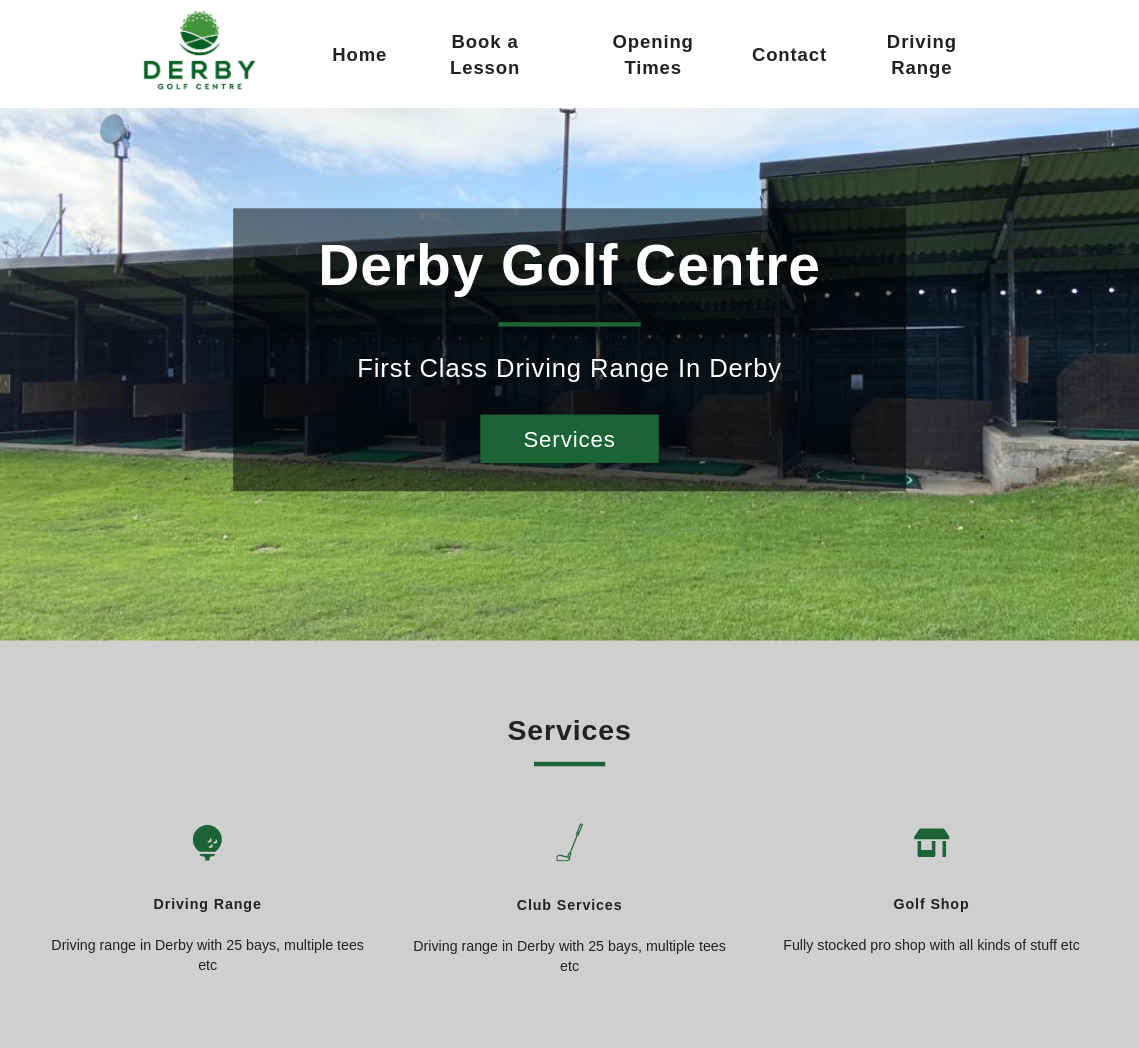
Repository: frankinstyyn/nigeljamesconsulting
Page: /
An editor plug-in stored every save of this project. The page is shown before and after the next save, followed by the edit.
The browser window is 1280 px wide. The pictures show the whole page, at 89% of full size.
Some web fonts or font styles are not loaded; a fallback is used. The project was rebuilt for these pictures with package versions that can differ from the ones it lists, and the page was loaded fresh each time. Also part of the build but not shown: src/pages/Lesson.js, src/pages/SingleRoom.js, src/pages/Error.js.

Above is the page before, as saved 2021-01-08 17:57:50.

### public/index.html
<!DOCTYPE html>
<html lang="en">
  <head>
    <meta charset="utf-8" />
    <link rel="icon" href="%PUBLIC_URL%/favicon.ico" />
    <meta name="viewport" content="width=device-width, initial-scale=1" />
    <meta name="theme-color" content="#000000" />
    <meta
      name="description"
      content="Web site created using create-react-app"
    />
    <link rel="apple-touch-icon" href="%PUBLIC_URL%/logo192.png" />
    <!--
      manifest.json provides metadata used when your web app is installed on a
      user's mobile device or desktop. See https://developers.google.com/web/fundamentals/web-app-manifest/
    -->
    <link rel="manifest" href="%PUBLIC_URL%/manifest.json" />
    <!--
      Notice the use of %PUBLIC_URL% in the tags above.
      It will be replaced with the URL of the `public` folder during the build.
      Only files inside the `public` folder can be referenced from the HTML.

      Unlike "/favicon.ico" or "favicon.ico", "%PUBLIC_URL%/favicon.ico" will
      work correctly both with client-side routing and a non-root public URL.
      Learn how to configure a non-root public URL by running `npm run build`.
    -->
    <title>Derby Golf Centre</title>
  </head>
  <body>
    <noscript>You need to enable JavaScript to run this app.</noscript>
    <div id="root"></div>
    <!--
      This HTML file is a template.
      If you open it directly in the browser, you will see an empty page.

      You can add webfonts, meta tags, or analytics to this file.
      The build step will place the bundled scripts into the <body> tag.

      To begin the development, run `npm start` or `yarn start`.
      To create a production bundle, use `npm run build` or `yarn build`.
    -->
  </body>
</html>

### src/index.js
import React from "react";
import ReactDOM from "react-dom";
import "./index.css";
import { BrowserRouter as Router } from "react-router-dom";
import App from "./App";
import reportWebVitals from "./reportWebVitals";

ReactDOM.render(
  <Router>
    <App />
  </Router>,
  document.getElementById("root")
);

// If you want to start measuring performance in your app, pass a function
// to log results (for example: reportWebVitals(console.log))
// or send to an analytics endpoint. Learn more: https://bit.ly/CRA-vitals
reportWebVitals();

### src/index.css
@import url("https://fonts.googleapis.com/css2?family=Darker+Grotesque:wght@300;800&display=swap");

body {
  margin: 0;
  font-family: -apple-system, BlinkMacSystemFont, "Segoe UI", "Roboto", "Oxygen",
    "Ubuntu", "Cantarell", "Fira Sans", "Droid Sans", "Helvetica Neue",
    sans-serif;
  -webkit-font-smoothing: antialiased;
  -moz-osx-font-smoothing: grayscale;
}

code {
  font-family: source-code-pro, Menlo, Monaco, Consolas, "Courier New",
    monospace;
}

### src/App.js
import "./App.css";
import Home from "./pages/Home";
import Lesson from "./pages/Lesson";
import SingleRoom from "./pages/SingleRoom";
import Error from "./pages/Error";

import { Route, Switch } from "react-router-dom";

import Navbar from "./components/Navbar";

function App() {
  return (
    <>
      <Navbar />
      <Switch>
        <Route exact path="/" component={Home} />
        <Route exact path="/lesson" component={Lesson} />
        <Route exact path="/lesson/:slug" component={SingleRoom} />
        <Route component={Error} />
      </Switch>
    </>
  );
}

export default App;

### src/App.css
* {
  margin: 0;
  padding: 0;
  box-sizing: border-box;
  font-family: "Darker Grotesque", sans-serif;
}
:root {
  --primaryColor: #1c6435;
  --mainWhite: #fff;
  --offWhite: #f7f7f7;
  --mainBlack: #222;
  --mainGrey: #ececec;
  --darkGrey: #cfcfcf;
  --mainTransition: all 0.3s linear;
  --mainSpacing: 1px;
  --lightShadow: 2px 5px 3px 0px rgba(0, 0, 0, 0.5);
  --darkShadow: 4px 10px 5px 0px rgba(0, 0, 0, 0.5);
}
/* globals */
body {
  padding-top: 66px;
  color: var(--mainBlack);
  background: var(--mainWhite);
  font-family: Verdana, Geneva, Tahoma, sans-serif;
  line-height: 1.4;
}
h1 {
  font-size: 3em;
  line-height: 1;
  margin-bottom: 0.5em;
}
h2 {
  font-size: 2em;
  margin-bottom: 0.75em;
}
h3 {
  font-size: 1.5em;
  line-height: 1;
  margin-bottom: 1em;
}
h4 {
  font-size: 1.2em;
  line-height: 1.25;
  margin-bottom: 1.25em;
}
h5 {
  font-size: 1em;
  font-weight: bold;
  margin-bottom: 1.5em;
}
h6 {
  font-size: 1em;
  font-weight: bold;
  margin-bottom: 1.5em;
}

.btn-primary {
  display: inline-block;
  text-decoration: none;
  letter-spacing: var(--mainSpacing);
  color: var(--mainWhite);
  background: var(--primaryColor);
  padding: 0.4rem 0.9rem;
  border: 3px solid var(--primaryColor);
  transition: var(--mainTransition);
  /* text-transform: uppercase; */
  cursor: pointer;
  width: 200px;
  font-size: 25px;
}
.btn-primary:hover {
  background: transparent;
  color: var(--primaryColor);
}
.loading {
  text-transform: capitalize;
  text-align: center;
  margin-top: 3rem;
}
.error {
  text-align: center;
  text-transform: uppercase;
  margin: 2rem 0;
}
.empty-search {
  text-align: center;
  text-transform: capitalize;
  margin: 2rem 0;
  padding: 1rem;
  letter-spacing: var(--mainSpacing);
}
/* end of globals */
/* Navbar */
.logo {
  height: 91px;
}
.navbar {
  position: fixed;
  top: 0;
  left: 0;
  width: 100%;
  padding: 0.75rem 2rem;
  background: var(--mainWhite);
  z-index: 1;
  display: inline-block;
  vertical-align: middle;
  text-align: center;
}
.nav-header {
  display: flex;
  justify-content: space-between;
}
.nav-btn {
  background: transparent;
  border: none;
  cursor: pointer;
  outline: none;
  color: red;
}
.nav-icon {
  font-size: 1.5rem;
  color: var(--primaryColor);
}
.nav-links {
  height: 0;
  overflow: hidden;
  transition: var(--mainTransition);
  list-style-type: none;
  align-items: center;
}
.nav-links a {
  display: block;
  text-decoration: none;
  padding: 1rem;
  color: var(--mainBlack);
  transition: var(--mainTransition);
  text-align: center;
  font-size: 1.3rem;
  font-weight: 600;
  letter-spacing: var(--mainSpacing);
}
.nav-links a:hover {
  color: var(--mainWhite);
  background: var(--primaryColor);
}

.show-nav {
  height: 310px;
}
@media screen and (min-width: 1028px) {
  .nav-btn {
    display: none;
  }
  .nav-center {
    max-width: 1170px;
    margin: 0 10%;
    display: flex;
  }
  .nav-links {
    height: auto;
    display: flex;
    margin-left: 4rem;
  }
  .nav-links a {
    /* margin: 0 1rem; */
    padding: 1rem;
  }
}
/* end of navbar */
/* Hero */
.defaultHero,
.lessonHero {
  min-height: calc(100vh - 66px);
  background: url("./images/defaultBcg.jpeg") center/cover no-repeat;
  display: flex;
  align-items: center;
  justify-content: center;
}
.lessonHero {
  background-image: url("./images/room-2.jpeg");
  /* min-height: 60vh; */
}
/* End of Hero */
/* Banner */
.banner {
  display: inline-block;
  background: rgba(0, 0, 0, 0.5);
  color: var(--mainWhite);
  padding: 2rem 1rem;
  text-align: center;
  text-transform: capitalize;
  letter-spacing: var(--mainSpacing);
}
.banner h1 {
  font-size: 2.5rem;
}
.banner div {
  width: 10rem;
  height: 5px;
  background: var(--primaryColor);
  margin: 1.7rem auto;
}
.banner p {
  font-size: 1.8rem;
  margin-bottom: 2rem;
}
@media screen and (min-width: 576px) {
  .banner {
    padding: 2rem 3rem;
  }
  .banner h1 {
    font-size: 3rem;
  }
}
@media screen and (min-width: 992px) {
  .banner {
    padding: 2rem 6rem;
  }
  .banner h1 {
    font-size: 4rem;
  }
}
/* End of Banner */
/* Title */
.section-title {
  text-align: center;
  margin-bottom: 4rem;
}
.section-title h4 {
  font-size: 2rem;
  letter-spacing: var(--mainSpacing);
  text-transform: capitalize;
  margin-bottom: 1rem;
}
.section-title div {
  width: 5rem;
  height: 5px;
  margin: 0 auto;
  background: var(--primaryColor);
}
/* end of Title */

/* services */
.services {
  padding: 5rem 0;
}
.services {
  background: var(--darkGrey);
  text-align: center;
}
.services-center {
  width: 90vw;
  margin: 0 auto;
  display: grid;
  grid-template-columns: repeat(auto-fit, minmax(255px, 1fr));
  grid-row-gap: 2rem;
  grid-column-gap: 50px;
}
.service span {
  display: inline-block;
  color: var(--primaryColor);
  font-size: 2.5rem;
  margin-bottom: 1.5rem;
}
.services h6 {
  letter-spacing: var(--mainSpacing);
}
.services p {
  width: 80%;
  margin: 0 auto;
}

.servicesImg {
  width: 30px;
  stroke: var(--primaryColor);
  stroke-width: 10;
}
@media screen and (min-width: 992px) {
  .services-center {
    width: 95vw;
    max-width: 1170px;
  }
}

@media screen and (min-width: 1200px) {
  .services p {
    width: 100%;
  }
}
/*end of services */
/* featured rooms */

.featured-rooms {
  padding: 5rem 0;
}
.featured-rooms-center {
  width: 80vw;
  margin: 0 auto;
  display: grid;
  grid-template-columns: repeat(auto-fit, minmax(270px, 1fr));
  grid-row-gap: 2rem;
  grid-column-gap: 40px;
}
@media screen and (min-width: 776px) {
  .featured-rooms-center {
    width: 90vw;
    grid-template-columns: repeat(auto-fit, minmax(330px, 1fr));
  }
}
@media screen and (min-width: 992px) {
  .featured-rooms-center {
    width: 95vw;
    max-width: 1170px;
  }
}
/* end pf featured rooms */
/* room */
.room {
  box-shadow: var(--lightShadow);
  transition: var(--mainTransition);
}
.room:hover {
  box-shadow: var(--darkShadow);
}

.img-container {
  position: relative;
}
.img-container img {
  width: 100%;
  display: block;
  transition: var(--mainTransition);
}
.price-top {
  position: absolute;
  top: 0;
  left: 0;
  background: rgba(0, 0, 0, 0.8);
  color: var(--mainWhite);
  padding: 0.3rem 0.6rem 0.5rem;
  border-bottom-right-radius: 1rem;
  font-size: 0.5rem;
  text-align: center;
  transition: var(--mainTransition);
}
.price-top h6 {
  margin-bottom: 0;
  font-size: 0.9rem;
  font-weight: 300;
  letter-spacing: var(--mainSpacing);
}
.room-link {
  position: absolute;
  top: 50%;
  left: 50%;
  transform: scale(0);
  transition: all 0.3s linear;
}
.img-container:hover {
  background: rgba(0, 0, 0, 0.8);
}
.img-container:hover img {
  opacity: 0.3;
}
.img-container:hover .price-top {
  opacity: 0;
}
.img-container:hover .room-link {
  transform: translate(-50%, -50%) scale(1);
}
.room-info {
  background: var(--darkGrey);
  text-transform: capitalize;
  padding: 0.5rem 0;
  text-align: center;
  font-weight: 700;
  letter-spacing: var(--mainSpacing);
}
/* end of room  */
/* single room*/

.single-room {
  padding: 5rem 0 0 0;
}
.single-room-images {
  width: 80vw;
  margin: 0 auto;
  display: grid;
  grid-template-columns: repeat(auto-fit, minmax(350px, 1fr));
  grid-row-gap: 2rem;
  grid-column-gap: 50px;
}
.single-room-images img {
  width: 100%;
  display: block;
}
.single-room-info {
  width: 80vw;
  display: grid;
  grid-template-columns: 1fr;
  margin: 2rem auto;
}
.desc,
.info {
  margin: 1rem 0;
}
.desc h3 {
  text-transform: capitalize;
  letter-spacing: var(--mainSpacing);
}
.desc p {
  line-height: 1.5;
}
.info h3,
.info h6 {
  text-transform: capitalize;
  letter-spacing: var(--mainSpacing);
}

.info h6 {
  font-weight: 300;
}
.room-extras {
  width: 80vw;
  margin: 0 auto 3rem auto;
}
.room-extras h6 {
  text-transform: capitalize;
  letter-spacing: var(--mainSpacing);
}
.extras {
  list-style-type: none;
  display: grid;
  grid-template-columns: repeat(auto-fit, minmax(330px, 1fr));
  grid-column-gap: 2rem;
  grid-row-gap: 1rem;
}
@media screen and (min-width: 992px) {
  .single-room-images,
  .single-room-info,
  .room-extras {
    width: 95vw;
    max-width: 1170px;
  }
  .single-room-info {
    display: grid;
    grid-template-columns: 1fr 1fr;
    grid-column-gap: 2rem;
  }
  .info {
    padding-left: 3rem;
  }
}
/* end of single room*/
/* roomlist */
.roomslist {
  padding: 5rem 0;
}
.roomslist-center {
  width: 80vw;
  margin: 0 auto;
  display: grid;
  grid-template-columns: repeat(auto-fill, minmax(270px, 1fr));
  grid-row-gap: 2rem;
  grid-column-gap: 30px;
}

@media screen and (min-width: 776px) {
  .roomslist-center {
    width: 90vw;
  }
}
@media screen and (min-width: 992px) {
  .roomslist-center {
    width: 95vw;
    max-width: 1170px;
  }
}
/* end of roomlist */
/*  rooms fitler*/
.filter-container {
  padding: 5rem 0;
}
.filter-form {
  width: 60vw;
  margin: 0 auto;
  display: grid;
  grid-template-columns: repeat(auto-fit, minmax(202px, 1fr));
  grid-row-gap: 2rem;
  grid-column-gap: 40px;
}
.form-group {
  text-transform: capitalize;
}
.form-group label {
  display: block;
  letter-spacing: var(--mainSpacing);
  margin-bottom: 0.5rem;
}
.form-control {
  width: 100%;
  background: transparent;
  font-size: 1rem;
}
.size-inputs {
  display: flex;
}
.size-input {
  width: 40%;
  padding: 0.2rem;
  border: 1px solid var(--mainBlack);
  border-radius: 0.3rem;
  margin-right: 0.3rem;
}
.single-extra label {
  display: inline-block;
  font-size: 0.8rem;
  margin-left: 0.5rem;
}
@media screen and (min-width: 776px) {
  .filter-form {
    width: 70vw;
  }
}
@media screen and (min-width: 992px) {
  .filter-form {
    width: 95vw;
    max-width: 1170px;
  }
}
/* end of rooms fitler*/

### src/pages/Home.js
import React from "react";
import Hero from "../components/Hero";
import Banner from "../components/Banner";
import { Link } from "react-router-dom";
import Services from "../components/Services"

export default function Home() {
  return (
    <>
    <Hero hero="defaultHero" >
      <Banner title="Derby Golf Centre" subtitle="First class Driving Range in Derby">
        <Link to="/lesson" className="btn-primary">
          Services
      </Link>
      </Banner>
      </Hero>
      <Services />
      </>
  );
}

### src/components/Navbar.js
import React, { Component } from "react";
// import { IoGolf } from "react-icons/io5";
import logo from "../images/sdrlogo.jpeg";
import { FaAlignRight } from "react-icons/fa";
import { Link } from "react-router-dom";

export default class Navbar extends Component {
  state = {
    isOpen: false,
  }
  handleToggle = () => {
    this.setState({ isOpen: !this.state.isOpen });
  }
  render() {
    return <nav className="navbar">
      <div class="nav-center">
        <div class="nav-header">
          <Link to="/">
            <img className="logo" src={logo} alt="Derby Golf Centre" />
          </Link>
          <button type="button" className="nav-btn" onClick={this.handleToggle}>
            <FaAlignRight className="nav-icon" />
          </button>
        </div>
        <ul className={this.state.isOpen ? "nav-links show-nav" : "nav-links"}>
          <li>
            <Link to="/">Home</Link>
          </li>
          <li>
            <Link to="/lesson">Book a Lesson</Link>
          </li>
          <li>
            <Link to="/opening-times">Opening Times</Link>
          </li>
          <li>
            <Link to="/contact">Contact</Link>
          </li>
          <li>
            <Link to="/driving-range">Driving Range</Link>
          </li>
        </ul>
      </div>
    </nav>;
  }
}

### src/components/Hero.js
import React from 'react'

export default function Hero({children, hero}) {
    return (
        <header className={hero}>{children}</header>
    )
}

### src/components/Banner.js
import React from 'react'

export default function Banner({children,title,subtitle}) {
    return (
        <div className="banner">
            <h1>{title}</h1>
            <div></div>
            <p>{subtitle}</p>
            {children}
        </div>
    )
}

### src/components/Services.js
import React, { Component } from 'react'
import { FaGolfBall, FaStoreAlt } from 'react-icons/fa'
import golfclub from '../images/golf-club.svg'
import Title from "./Title"


export default class Services extends Component {
    state = {
        services: [
            {
                icon: <FaGolfBall />,
                title: "Driving Range",
                info: "Driving range in Derby with 25 bays, multiple tees etc"
            },
            {
                icon: <img src={golfclub} className="servicesImg" alt="Club Services"/>,
                title: "Club Services",
                info: "Driving range in Derby with 25 bays, multiple tees etc"
            },
            {
                icon: <FaStoreAlt />,
                title: "Golf Shop",
                info: "Fully stocked pro shop with all kinds of stuff etc"
            }
        ]
    };
    render() {
        return (
            <section className="services">
                <Title title="services" />
                <div className="services-center">
                    {this.state.services.map((item, index) => {
                        return (
                            <article key={index} className="service">
                                <span>{item.icon}</span>
                                <h6>{item.title}</h6>
                                <p>{item.info}</p>
                            </article>
                        )
                    })}
                </div>
            </section>
        )
    }
}

Loaded but not shown: src/reportWebVitals.js (common file); src/components/Title.js (common file)

After the next save:
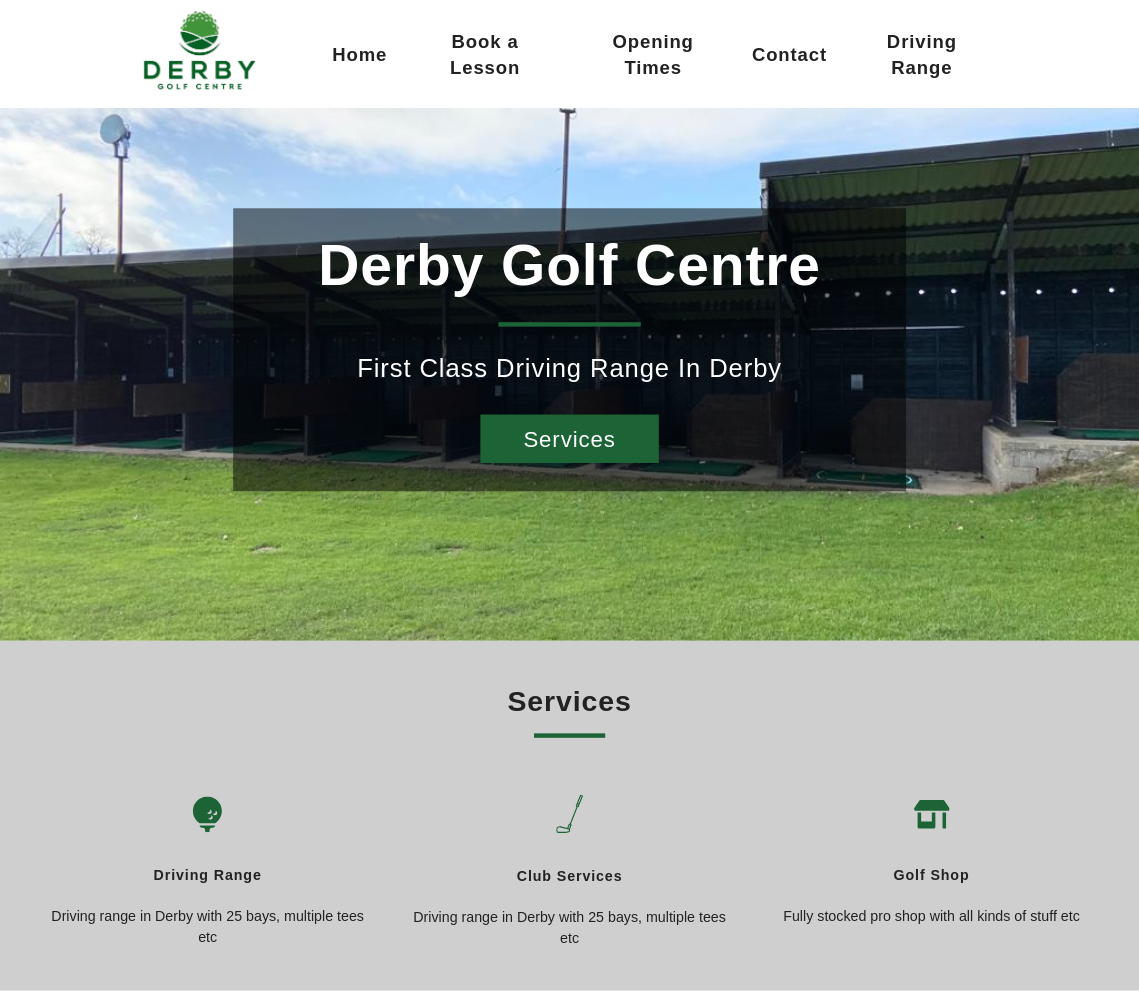
Saved 49 s later.
--- a/src/App.css
+++ b/src/App.css
@@ -242,7 +242,7 @@
 
 /* services */
 .services {
-  padding: 5rem 0;
+  padding: 3rem 0;
 }
 .services {
   background: var(--darkGrey);
